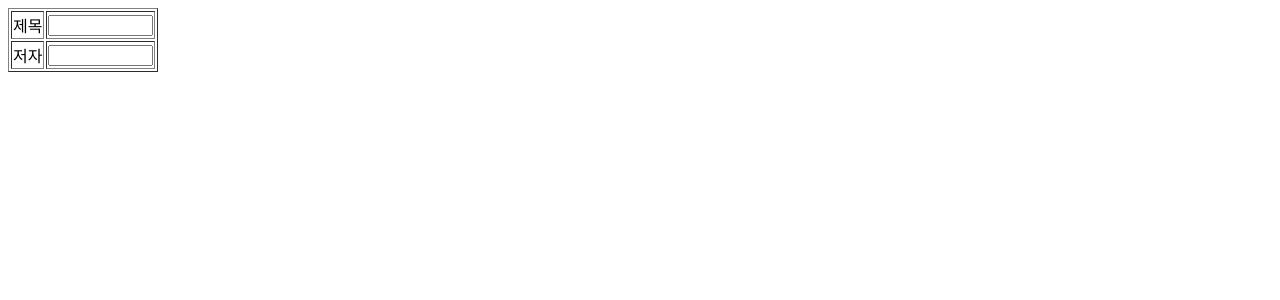
Repository: GoodPineApple/MulcamSpringWorkspace
Page: http://localhost/SpringDay13_MVC_Oracle/add_book.jsp
These files come from the project's save history. The page is drawn as it stood at one moment and after the next save; the edit follows.
The browser window is 1280 px wide. The pictures show the whole page.
The page is served by Tomcat 9. Nobody is signed in. The application's start-up code is not run. Other server files are loaded and not shown.

Above is the page before, as saved 2016-12-21 08:10:36.

### SpringDay13_MVC_Oracle/WebContent/add_book.jsp
<%@ page language="java" contentType="text/html; charset=EUC-KR"
    pageEncoding="EUC-KR"%>
<!DOCTYPE html PUBLIC "-//W3C//DTD HTML 4.01 Transitional//EN" "http://www.w3.org/TR/html4/loose.dtd">
<html>
<head>
<meta http-equiv="Content-Type" content="text/html; charset=EUC-KR">
<title>Insert title here</title>
</head>
<body>
	<form>
		<table border="1">
			<tr>
				<td>제목</td>
				<td><input type="text" id="title" size="10"></td>
			</tr>
			<tr>
				<td>저자</td>
				<td><input type="text" id="writer" size="10"></td>
			</tr>
		</table>
	</form>
</body>
</html>

After the next save:
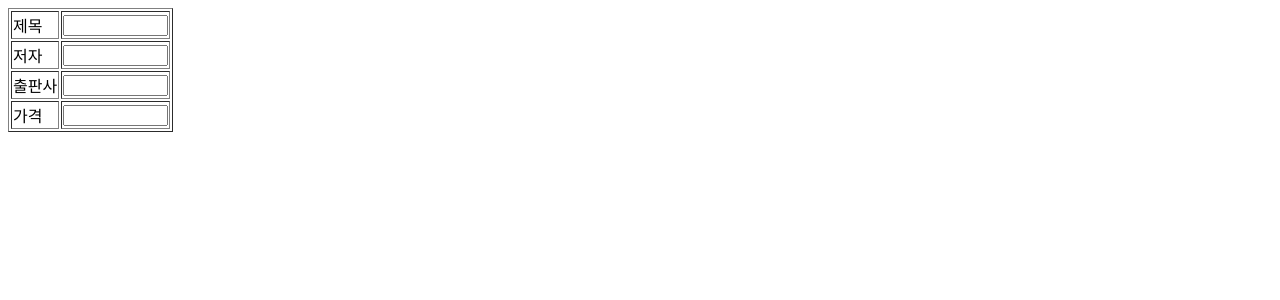
Saved 29 s later.
--- a/SpringDay13_MVC_Oracle/WebContent/add_book.jsp
+++ b/SpringDay13_MVC_Oracle/WebContent/add_book.jsp
@@ -17,6 +17,14 @@
 				<td>저자</td>
 				<td><input type="text" id="writer" size="10"></td>
 			</tr>
+			<tr>
+				<td>출판사</td>
+				<td><input type="text" id="publisher" size="10"></td>
+			</tr>
+			<tr>
+				<td>가격</td>
+				<td><input type="text" id="price" size="10"></td>
+			</tr>
 		</table>
 	</form>
 </body>
